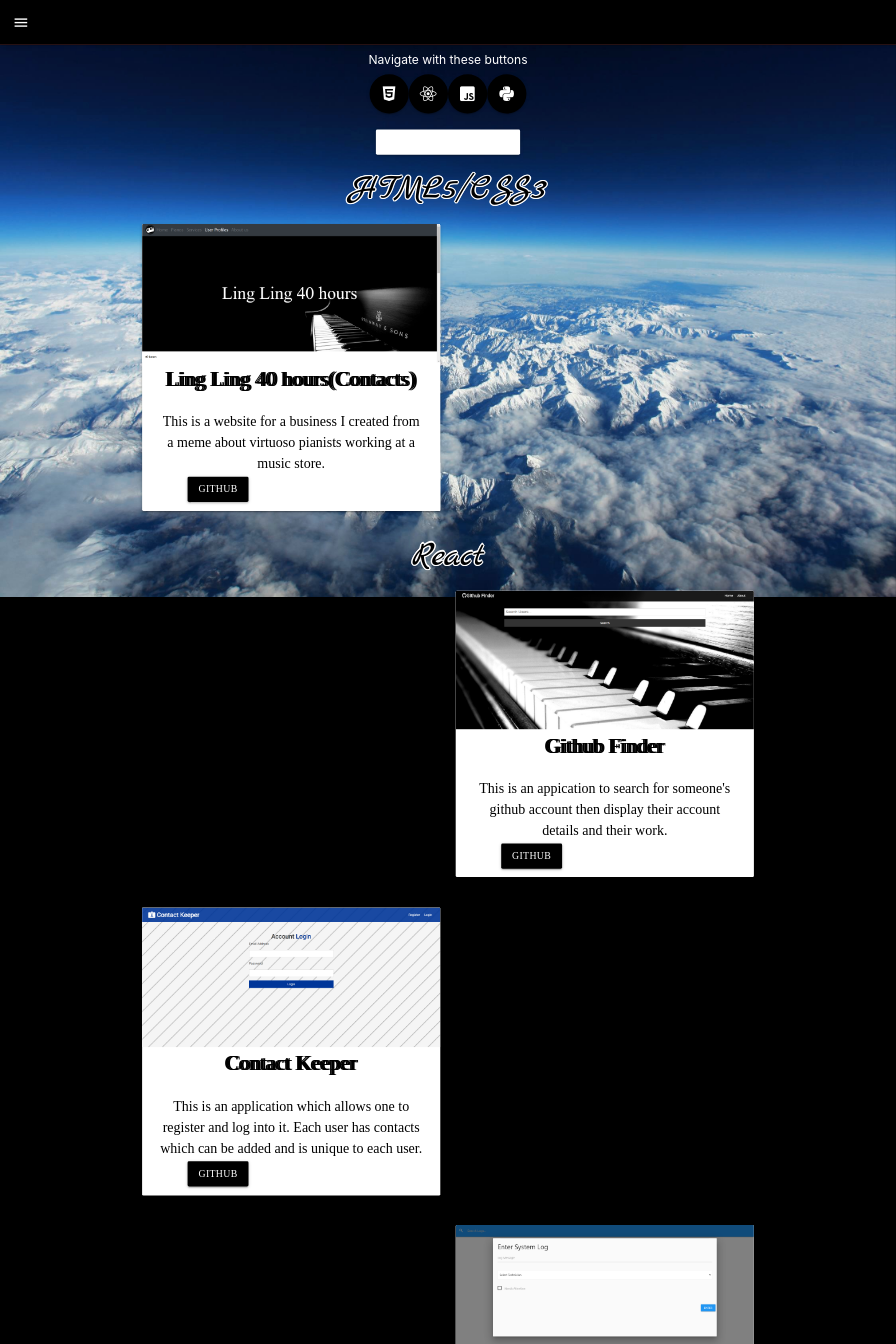
Repository: Ajtheult/portfolio.v3
Page: /mywork
The author's editor kept a copy of each file at every save. The page is drawn from the files as they stood at one save, then again after the next save.
The browser window is 1280 px wide. The pictures show the part of the page from y = 0 to 1920 px (the page is 3198 px tall), at 70% of full size.
Some web fonts or font styles are not loaded; a fallback is used. The project was rebuilt for these pictures with package versions that can differ from the ones it lists, and the page was loaded fresh each time. Also part of the build but not shown: src/components/layout/pages/Home.js, src/components/layout/pages/Skills.js, src/components/layout/pages/Testimonials.js.

Above is the page before, as saved 2020-08-02 17:37:38.

### public/index.html
<!DOCTYPE html>
<html lang="en">
  <head>
    <meta charset="utf-8" />
    <link rel="icon" href="%PUBLIC_URL%/favicon.ico" />
    <meta name="viewport" content="width=device-width, initial-scale=1" />
    <meta name="theme-color" content="#000000" />
    <meta
      name="description"
      content="Web site created using create-react-app"
    />

    <link rel="manifest" href="%PUBLIC_URL%/manifest.json" />
    <link
      href="https://fonts.googleapis.com/css2?family=Marck+Script&display=swap"
      rel="stylesheet"
    />
    <link
      href="https://fonts.googleapis.com/css2?family=Gruppo&display=swap"
      rel="stylesheet"
    />
    <link rel="manifest" href="%PUBLIC_URL%/manifest.json" />

    <link
      rel="stylesheet"
      href="https://fonts.googleapis.com/icon?family=Material+Icons"
    />

    <link
      rel="stylesheet"
      href="https://use.fontawesome.com/releases/v5.7.2/css/all.css"
      integrity="sha384-fnmOCqbTlWIlj8LyTjo7mOUStjsKC4pOpQbqyi7RrhN7udi9RwhKkMHpvLbHG9Sr"
      crossorigin="anonymous"
    />
    <title>Asaph Franks portfolio</title>
  </head>
  <body>
    <noscript>You need to enable JavaScript to run this app.</noscript>
    <div id="root"></div>
  </body>
</html>

### src/index.js
import React from "react";
import ReactDOM from "react-dom";
import App from "./App";
import "materialize-css/dist/css/materialize.min.css";

ReactDOM.render(
  <React.StrictMode>
    <App />
  </React.StrictMode>,
  document.getElementById("root")
);

### src/App.js
import React from "react";

import { Home } from "./components/layout/pages/Home";
import { Skills } from "./components/layout/pages/Skills";
import { MyWork } from "./components/layout/pages/MyWork";
import { Testimonials } from "./components/layout/pages/Testimonials";
import Navbar from "./components/layout/navbar/Navbar";

import { BrowserRouter as Router, Route, Switch } from "react-router-dom";
import "./App.css";

function App() {
  return (
    <Router>
      <div className="App">
        <Navbar />

        <Switch>
          <Route exact path="/portfolio-v3" component={Home} />
          <Route path="/skills" component={Skills} />
          <Route path="/mywork" component={MyWork} />
          <Route path="/testimonials" component={Testimonials} />
        </Switch>
      </div>
    </Router>
  );
}

export default App;

### src/components/layout/pages/MyWork.js
import React from "react";
import "../../../App.css";
import LL from "../resources/LL.png";
import Github from "../resources/Github.png";
import Contact from "../resources/Contact.png";
import Tech from "../resources/Tech.png";
import background3 from "../resources/background3.jpg";
import Whatsapp from "../resources/Whatsapp.png";
export const MyWork = () => {
  return (
    <div className="container">
      <div className="bg-color">
        <img src={background3} className="bg" alt="bg" />
      </div>
      <div className="container ">
        <h6>Navigate with these buttons</h6>
        <a
          href="#html"
          className="btn-floating btn-large waves-effect waves-light black button_margin"
        >
          <i className="fab fa-html5"></i>
        </a>
        <a
          href="#react"
          className="btn-floating btn-large waves-effect waves-light black button_margin"
        >
          <i className="fab fa-react"></i>
        </a>
        <a
          href="#javascript"
          className="btn-floating btn-large waves-effect waves-light black button_margin"
        >
          <i className="fab fa-js-square"></i>
        </a>
        <a
          href="#python"
          className="btn-floating btn-large waves-effect waves-light black button_margin"
        >
          <i className="fab fa-python"></i>
        </a>
      </div>
      <br />
      <a
        class="waves-effect waves-light btn white"
        href="https://pure-basin-79312.herokuapp.com/"
        rel="noopener noreferrer"
        target="_blank"
      >
        E-commerce project
      </a>
      <h4 id="html" className="work_title">
        HTML5/CSS3
      </h4>
      <div className="row">
        <div className="col s6">
          <div className="card">
            <div className="card-image">
              <img src={LL} alt="img" />
              <span className=" my_work_title">
                Ling Ling 40 hours(Contacts)
              </span>
            </div>
            <div className="card-content ">
              <p className="black_text my_work_desc">
                This is a website for a business I created from a meme about
                virtuoso pianists working at a music store.
              </p>
            </div>
            <div className="white link-size">
              <a
                href="https://github.com/Ajtheult/Ling-Ling-40-hours.git"
                className="waves-effect waves-light btn black"
                rel="noopener noreferrer"
                target="_blank"
              >
                Github
              </a>
            </div>
          </div>
        </div>
      </div>
      <h4 id="react" className="work_title">
        React
      </h4>
      <div className="row">
        <div className="col s6 right">
          <div className="card">
            <div className="card-image">
              <img src={Github} alt="img" />
              <span className=" my_work_title">Github Finder</span>
            </div>
            <div className="card-content">
              <p className="black_text my_work_desc">
                This is an appication to search for someone's github account
                then display their account details and their work.
              </p>
            </div>
            <div className="link-size">
              <a
                href="https://github.com/Ajtheult/Github-Finder.git"
                className="waves-effect waves-light btn black"
                rel="noopener noreferrer"
                target="_blank"
              >
                Github
              </a>
            </div>
          </div>
        </div>
      </div>
      <div className="row">
        <div className="col s6">
          <div className="card">
            <div className="card-image">
              <img src={Contact} alt=" img" />
              <span className=" my_work_title">Contact Keeper</span>
            </div>
            <div className="card-content">
              <p className="black_text my_work_desc">
                This is an application which allows one to register and log into
                it. Each user has contacts which can be added and is unique to
                each user.
              </p>
            </div>
            <div className="link-size">
              <a
                href="https://github.com/Ajtheult/Contact-Keeper.git"
                className="waves-effect waves-light btn black"
                rel="noopener noreferrer"
                target="_blank"
              >
                Github
              </a>
            </div>
          </div>
        </div>
      </div>
      <div className="row">
        <div className="col s6 right">
          <div className="card">
            <div className="card-image">
              <img src={Tech} alt="img" />
              <span className=" my_work_title">IT Logger</span>
            </div>
            <div className="card-content">
              <p className="black_text my_work_desc">
                This is an application to manage problems around an IT
                department. It assign new workers which can then be chosen to do
                work as well.
              </p>
            </div>
            <div className="link-size">
              <a
                href="https://github.com/Ajtheult/IT-Logger.git"
                className="waves-effect waves-light btn black"
                rel="noopener noreferrer"
                target="_blank"
              >
                Github
              </a>
            </div>
          </div>
        </div>
      </div>
      <div className="row">
        <div className="col s6 left">
          <div className="card">
            <div className="card-image">
              <img src={Whatsapp} alt="img" />
              <span className=" my_work_title">Whatsapp recreation</span>
            </div>
            <div className="card-content">
              <p className="black_text my_work_desc">
                I am attempting to recreate Whatsapp with the knowledge I have
                acquired thus far at Life Choices Coding Academy. It is built
                for mobile. <br /> <b>Still in progress</b>
              </p>
            </div>
            <div className="link-size">
              <a
                href="https://github.com/Ajtheult/Whatsapp_recreation.git"
                className="waves-effect waves-light btn black"
                rel="noopener noreferrer"
                target="_blank"
              >
                Github
              </a>
            </div>
          </div>
        </div>
      </div>
    </div>
  );
};

### src/components/layout/navbar/Navbar.js
/* eslint-disable no-unused-vars */
import React, { Component } from "react";
import M from "materialize-css/dist/js/materialize.min.js";
import me from "./me.jpg";
import music from "./music.jpg";
import "../../../App.css";
import { Link } from "react-router-dom";

export class Navbar extends Component {
  componentDidMount() {
    document.addEventListener("DOMContentLoaded", function () {
      var elems = document.querySelectorAll(".sidenav");
      var instances = M.Sidenav.init(elems, {});
    });
  }

  render() {
    return (
      <div>
        <nav>
          <div className="nav-wrapper colour">
            <a
              href="#home"
              data-target="slide-out"
              className="sidenav-trigger show-on-large"
            >
              <i className="material-icons">menu</i>
            </a>
          </div>
        </nav>

        <ul id="slide-out" className="sidenav">
          <li>
            <div className="user-view">
              <div className="background">
                <img className="background_img" src={music} alt="img" />
              </div>

              <img className="circle" src={me} alt="img of me" />

              <span className="black-text name move_me">Asaph Franks</span>

              <span className="black-text email  move_me">
                Asaphfranksboi@gmail.com
              </span>
            </div>
            {/* Change font so that the name can be better read */}
          </li>
          <Link to="/portfolio-v3">
            <br />
            <li className="colour_of_nav">Home</li>
          </Link>{" "}
          <br />
          <Link to="/skills">
            <li className="colour_of_nav">Skills</li>
          </Link>
          <br />
          <Link to="/mywork">
            <li className="colour_of_nav">Work</li>
          </Link>
          <br />
          <Link to="/testimonials">
            <li className="colour_of_nav">Testimonials</li>
          </Link>
        </ul>
      </div>
    );
  }
}

export default Navbar;

### src/App.css
.App {
  text-align: center;
}

body {
  background-color: black;
  color: white;
}
.background_img {
  width: 100%;
  height: 100%;
}

.move_me {
  text-align: left;
}

.colour {
  background-color: black;
}

img.bg {
  min-height: 100%;
  min-width: 1024px;
  width: 100%;
  height: auto;
  position: fixed;
  top: 0;
  left: 0;
  z-index: -1;
}

div.admin-bg {
  position: fixed;
  top: 0;
  left: 0;
  z-index: -1;
  background-color: black;
}

@media screen and (max-width: 1024px) {
  img.bg {
    left: 50%;
    margin-left: -512px;
  }
}

.intro_name_top {
  font-family: "Marck Script", cursive;
  font-size: 130px;
  color: black;
  text-shadow: 2px 0 0 #fff, -2px 0 0 #fff, 0 2px 0 #fff, 0 -2px 0 #fff,
    1px 1px #fff, -1px -1px 0 #fff, 1px -1px 0 #fff, -1px 1px 0 #fff;
}
.testimonial_title {
  font-family: "Marck Script", cursive;
  color: black;
  font-size: 80px;
  text-shadow: 2px 0 0 #fff, -2px 0 0 #fff, 0 2px 0 #fff, 0 -2px 0 #fff,
    1px 1px #fff, -1px -1px 0 #fff, 1px -1px 0 #fff, -1px 1px 0 #fff;
}

.intro_name_bottom {
  font-size: 60px;
  color: #000000;
  font-weight: bold;
  text-shadow: 2px 0 0 #fff, -2px 0 0 #fff, 0 2px 0 #fff, 0 -2px 0 #fff,
    1px 1px #fff, -1px -1px 0 #fff, 1px -1px 0 #fff, -1px 1px 0 #fff;
  font-family: "Gruppo", cursive;
}

.logos {
  text-align: left;
  font-size: 30px;
}

.contact-title {
  margin-top: -5px;
  font-family: "Marck Script", cursive;
  font-size: 90px;
  color: black;
  text-shadow: 2px 0 0 #fff, -2px 0 0 #fff, 0 2px 0 #fff, 0 -2px 0 #fff,
    1px 1px #fff, -1px -1px 0 #fff, 1px -1px 0 #fff, -1px 1px 0 #fff;
}

.about-title {
  margin-top: 1px;
  font-family: "Marck Script", cursive;
  font-size: 80px;
  color: black;
  text-shadow: 2px 0 0 #fff, -2px 0 0 #fff, 0 2px 0 #fff, 0 -2px 0 #fff,
    1px 1px #fff, -1px -1px 0 #fff, 1px -1px 0 #fff, -1px 1px 0 #fff;
}

.student_bio {
  margin-top: 2%;
  font-size: 23px;
}

.big_frontend {
  font-size: 40px;
  font-family: "Gruppo", cursive;
}

.move_the_name {
  margin-top: -12px;
  font-size: 20px;
  font-weight: bold;
}

.enlarge_paragraph {
  font-size: 22px;
  font-family: "Times New Roman", Times, serif;
}

.my_info {
  font-size: 30px;
  text-align: left;
  font-family: "Gruppo", cursive;
}

.my_info_2 {
  font-size: 20px;
  text-align: left;
  line-height: 8px;
  font-family: "Times New Roman", Times, serif;
}

.my_info_3 {
  font-size: 25px;
  text-align: left;
  line-height: 8px;
  font-family: "Times New Roman", Times, serif;
}

.black_text {
  color: black;
}

.passion_heading {
  text-align: center;
  font-family: "Marck Script", cursive;
  font-size: 45px;
}

.passion_content {
  font-family: "Gruppo", cursive;
  font-weight: bold;
  line-height: 25px;
}

.margin_on_top {
  margin-top: 1px;
  font-size: 20px;
  font-family: "Marck Script", cursive;
  font-weight: bold;
}

.my_work_desc {
  font-size: 20px;
  font-family: "Times New Roman", Times, serif;
}

.my_work_title {
  font-family: "Gruppo", cursive;
  color: black;
  font-size: 30px;
  text-shadow: 2px 0 0 rgb(0, 0, 0), -2px 0 0 rgb(0, 0, 0), 0 2px 0 #fff,
    0 -2px 0 #fff, 1px 1px #fff, -1px -1px 0 #fff, 1px -1px 0 #fff,
    -1px 1px 0 #fff;
}

.link-size {
  font-size: 40px;
  margin-top: -40px;
  padding: 1%;
  text-align: left;
  margin-left: 60px;
  font-family: "Gruppo", cursive;
  color: blue;
}

.button_margin {
  margin-top: 5px;
}

.work_title {
  font-family: "Marck Script", cursive;
  color: black;
  font-size: 50px;
  text-shadow: 2px 0 0 #fff, -2px 0 0 #fff, 0 2px 0 #fff, 0 -2px 0 #fff,
    1px 1px #fff, -1px -1px 0 #fff, 1px -1px 0 #fff, -1px 1px 0 #fff;
}

.colour_of_nav {
  color: black;
  margin-top: -30px;
}

.style_for_landingpage {
  margin-left: 15.5%;
  margin-top: 6%;
  position: absolute;
  padding: 50px;
  width: 70%;
  transform: "translate(-50%, -50%)";
}

.skills_li {
  position: relative;
  list-style: none;
  margin: 50px 0;
  font-weight: 500;
  text-transform: uppercase;
}

.skills_li:before {
  content: "";
  position: absolute;
  top: calc(100% + 10px);
  left: 0;
  width: 100%;
  height: 15px;
  background-color: rgba(54, 126, 223, 0.5);
  border-radius: 1000px;
}

.skills_li:after {
  content: "";
  position: absolute;
  top: calc(100% + 10px);
  left: 0;
  width: 0;
  height: 15px;
  background-color: rgba(54, 126, 223, 1);
  border-radius: 1000px;
  animation-duration: 0.7s;
  animation-timing-function: ease;
  animation-fill-mode: forwards;
}

.html:after {
  animation-name: html;
}

@keyframes html {
  to {
    width: 81%;
  }
}

.css:after {
  animation-name: css;
}

@keyframes css {
  to {
    width: 64%;
  }
}

.js:after {
  animation-name: js;
}

@keyframes js {
  to {
    width: 40%;
  }
}

.py:after {
  animation-name: py;
}

@keyframes py {
  to {
    width: 35%;
  }
}

.sql:after {
  animation-name: sql;
}

@keyframes sql {
  to {
    width: 32%;
  }
}

.react:after {
  animation-name: react;
}

@keyframes react {
  to {
    width: 63%;
  }
}

.skills_text {
  font-family: "Marck Script", cursive;
  color: black;
  font-size: 30px;
  text-shadow: 1px 0 0 #fff, -2px 0 0 #fff, 0 2px 0 #fff, 0 -2px 0 #fff,
    1px 1px #fff, -1px -1px 0 #fff, 1px -1px 0 #fff, -1px 1px 0 #fff;
  margin-top: -20px;
}

.skills_heading {
  font-family: "Marck Script", cursive;
  color: black;
  font-size: 60px;
  text-shadow: 1px 0 0 #fff, -2px 0 0 #fff, 0 2px 0 #fff, 0 -2px 0 #fff,
    1px 1px #fff, -1px -1px 0 #fff, 1px -1px 0 #fff, -1px 1px 0 #fff;
  margin-top: -50px;
}

.container_properties {
  width: 800px;
  margin: 50px auto 0;
  padding: 20px;
  line-height: 55px;
}

.size_of_email {
  font-size: 30px;
  margin-top: 10px;
}

.move_num_down {
  margin-top: 20px;
}

After the next save:
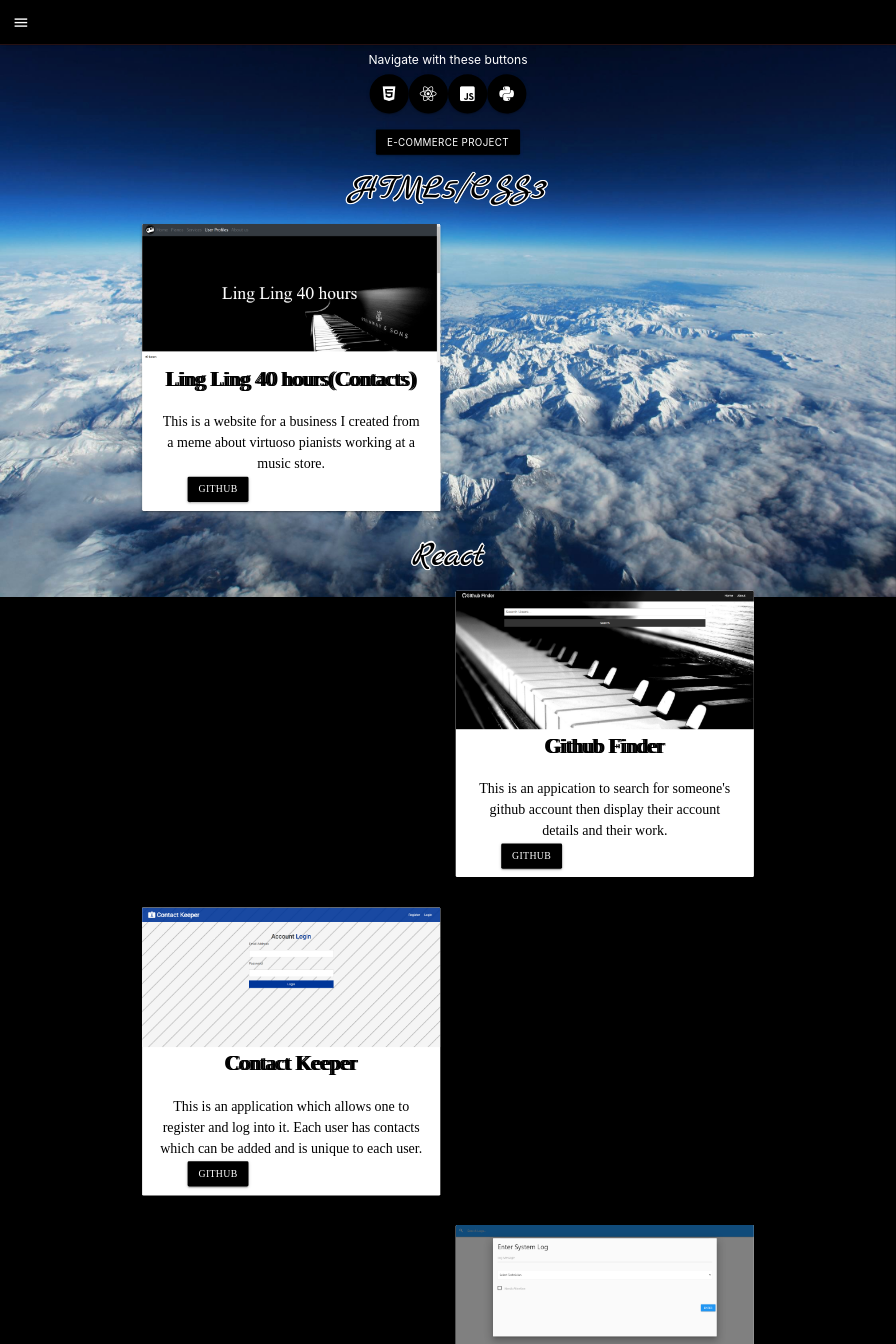
Saved 6 s later.
--- a/src/components/layout/pages/MyWork.js
+++ b/src/components/layout/pages/MyWork.js
@@ -41,7 +41,7 @@ export const MyWork = () => {
       </div>
       <br />
       <a
-        class="waves-effect waves-light btn white"
+        class="waves-effect waves-light btn black"
         href="https://pure-basin-79312.herokuapp.com/"
         rel="noopener noreferrer"
         target="_blank"
